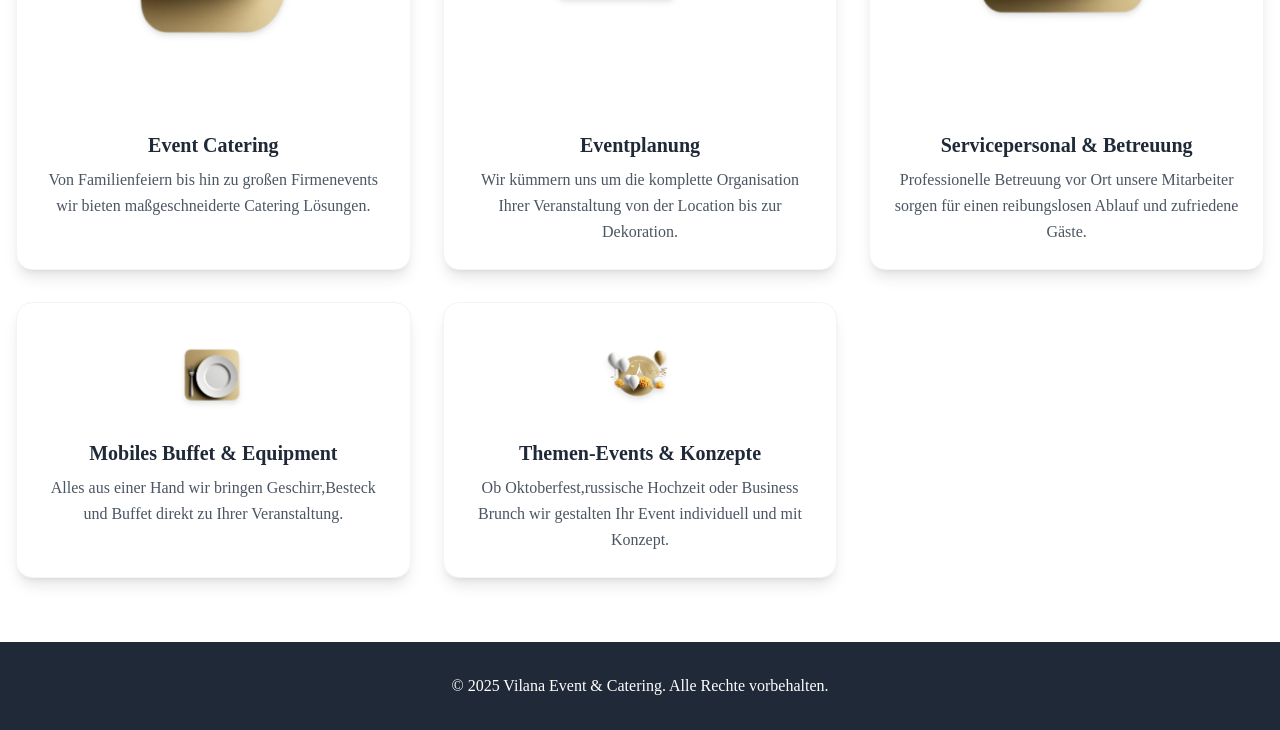
Repository: NikolajMalisch/vilana
Page: index.html
An editor plug-in stored every save of this project. The page is shown before and after a run of saves, followed by the edit.
The browser window is 1280 px wide. The pictures show the part of the page from y = 1207 to 2159 px (the page is 1937 px tall before and 2159 px after).
A picture or video elsewhere on the page could not be fetched, so the positions and the page height are approximate. Some web fonts or font styles are not loaded; a fallback is used. Some web libraries are served in a nearby version.

Above is the page before, as saved 2025-08-01 08:40:00.

After the next 2 saves:
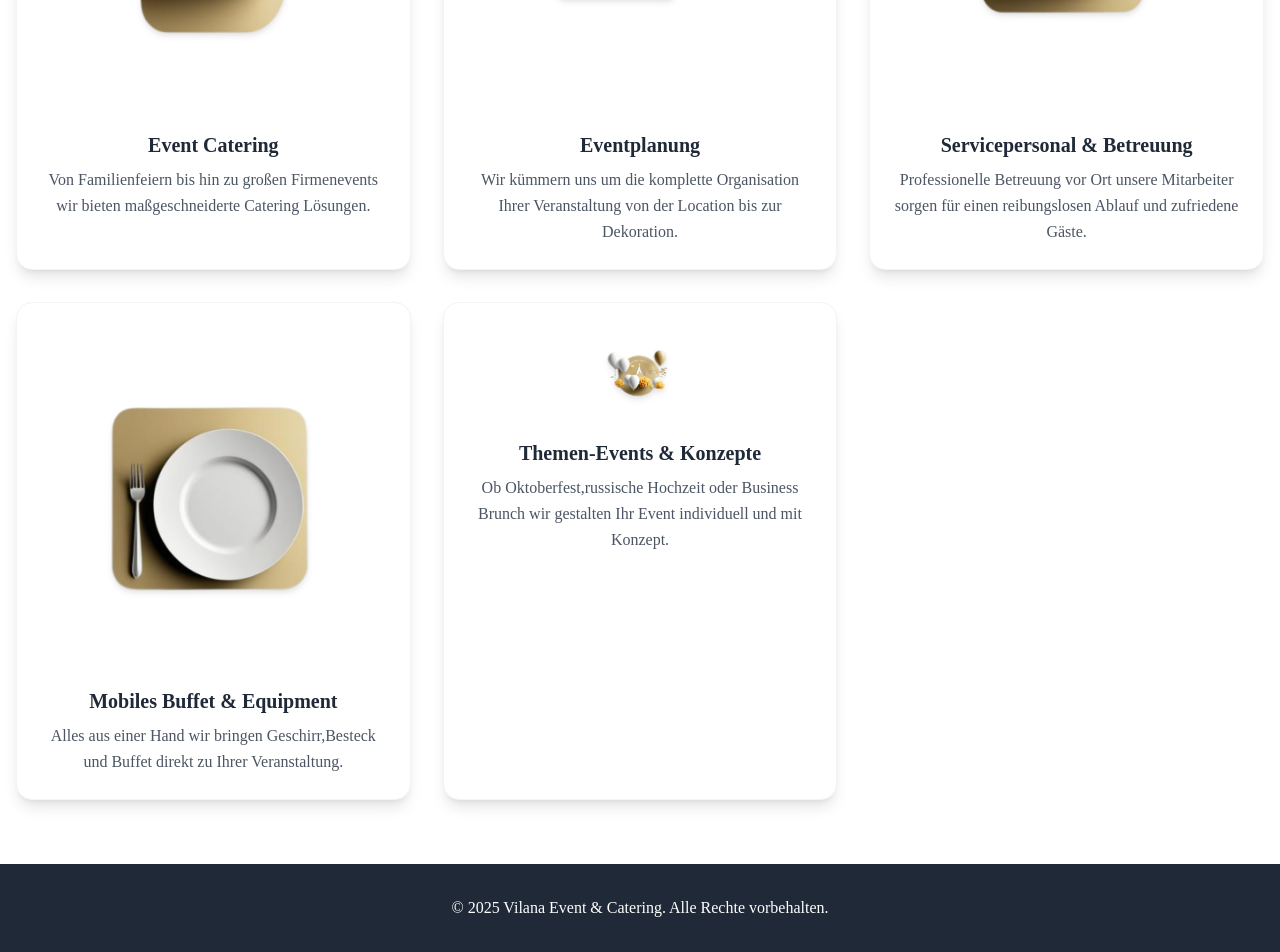
The 2 saves are shown as one change because they came seconds apart.
The last was saved 9 s later.
--- a/index.html
+++ b/index.html
@@ -157,7 +157,7 @@
 
     <!-- Mobiles Buffet -->
     <div class="bg-white rounded-2xl p-6 shadow-lg hover:shadow-2xl transition-shadow duration-300 border border-gray-100">
-        <img src="images/Без названия (500 x 500 пикс.) new/Besteck.png" alt="Mobiles Buffet" class="w-24 h-24 mb-4 mx-auto drop-shadow-md">
+        <img src="images/Без названия (500 x 500 пикс.) new/Besteck.png" alt="Mobiles Buffet" class="w-25 h-25 mb-4 mx-auto drop-shadow-md">
         <h3 class="text-xl font-semibold text-center text-gray-800 mb-2 lang lang-de">Mobiles Buffet & Equipment</h3>
         <h3 class="text-xl font-semibold text-center text-gray-800 mb-2 lang lang-ru">Мобильный буфет и оборудование</h3>
         <p class="text-gray-600 text-center leading-relaxed lang lang-de">Alles aus einer Hand wir bringen Geschirr,Besteck und Buffet direkt zu Ihrer Veranstaltung.</p>
